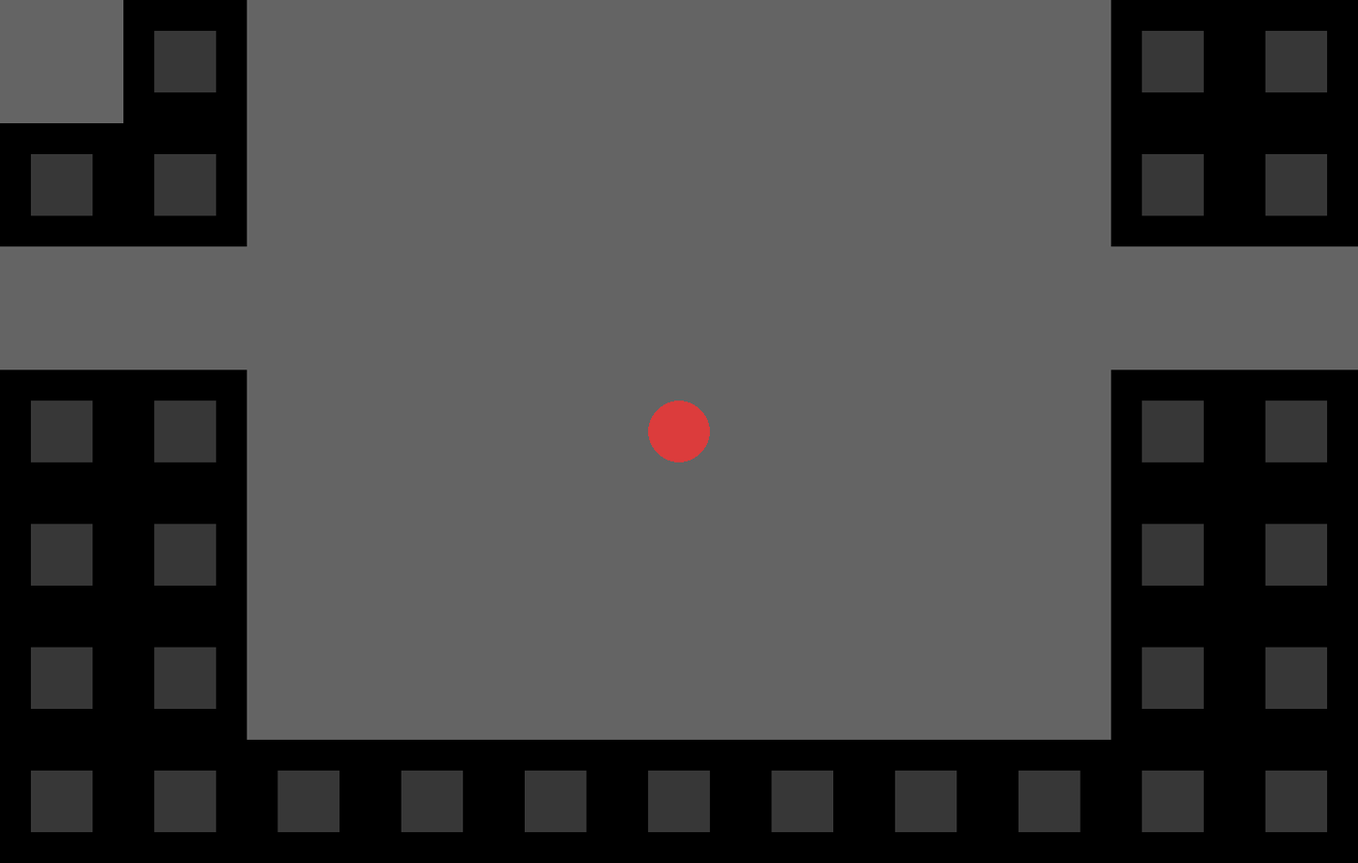
Repository: Nakib-Arman/Game-Jam-2026
Script's output: python main.py
The author's editor kept a copy of each file at every save. The script's output is drawn from the files as they stood at one save, then again after a run of saves.
The pictures are shown at 97% of full size.
Figures wider than 1,400 px are first shrunk to that width. The window is shown after at most 60 frames with no key pressed. Random numbers start from a fixed seed.

Above is the script's output before, as saved 2026-01-24 21:03:25.

After the next 2 saves:
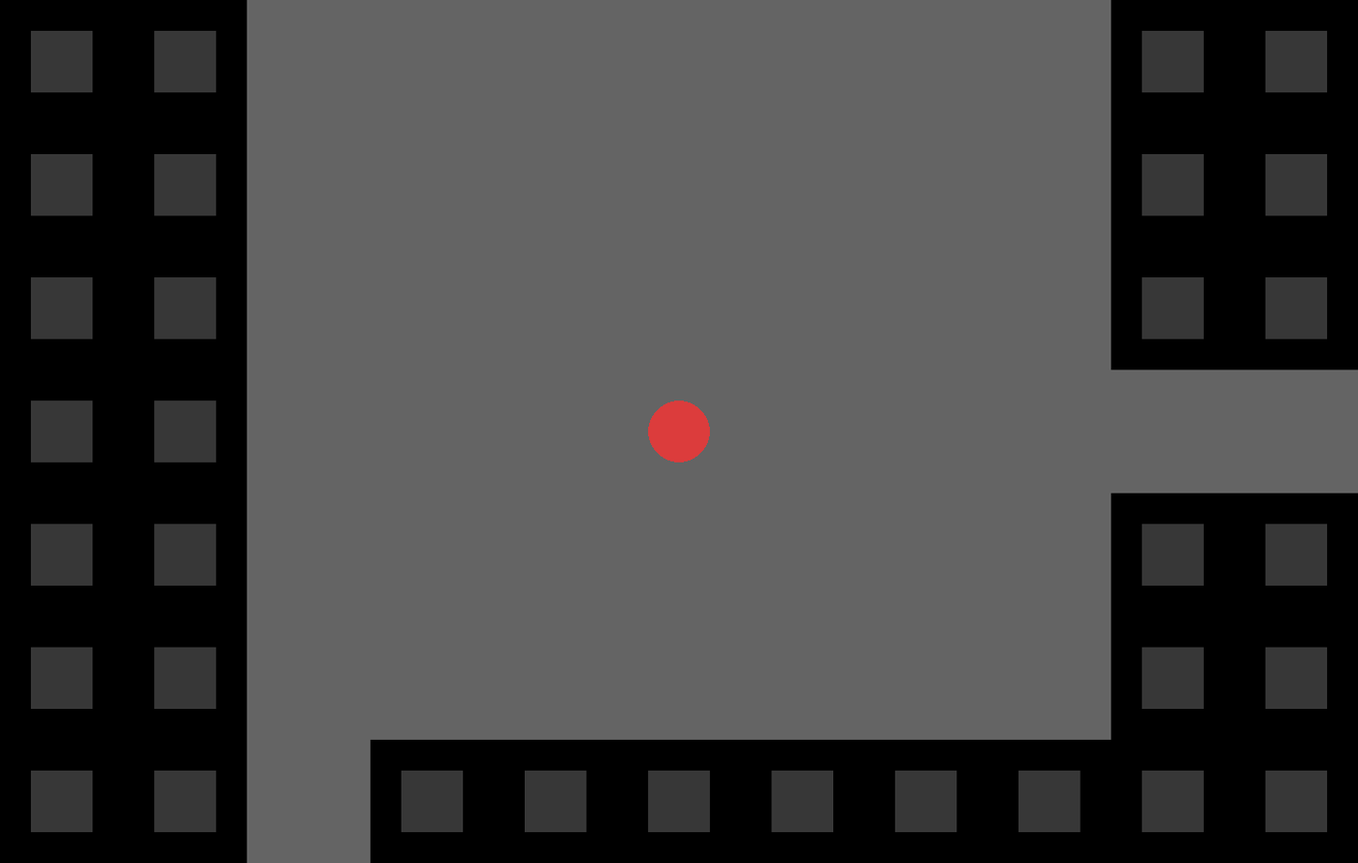
The 2 saves are shown as one change because they came seconds apart.
The last was saved 45 s later.
--- a/main.py
+++ b/main.py
@@ -5,8 +5,8 @@
 # CONFIGURATION
 # ======================
 
-WORLD_ROWS = 50
-WORLD_COLS = 50
+WORLD_ROWS = 100
+WORLD_COLS = 100
 
 VIEW_ROWS = 7
 VIEW_COLS = 11
